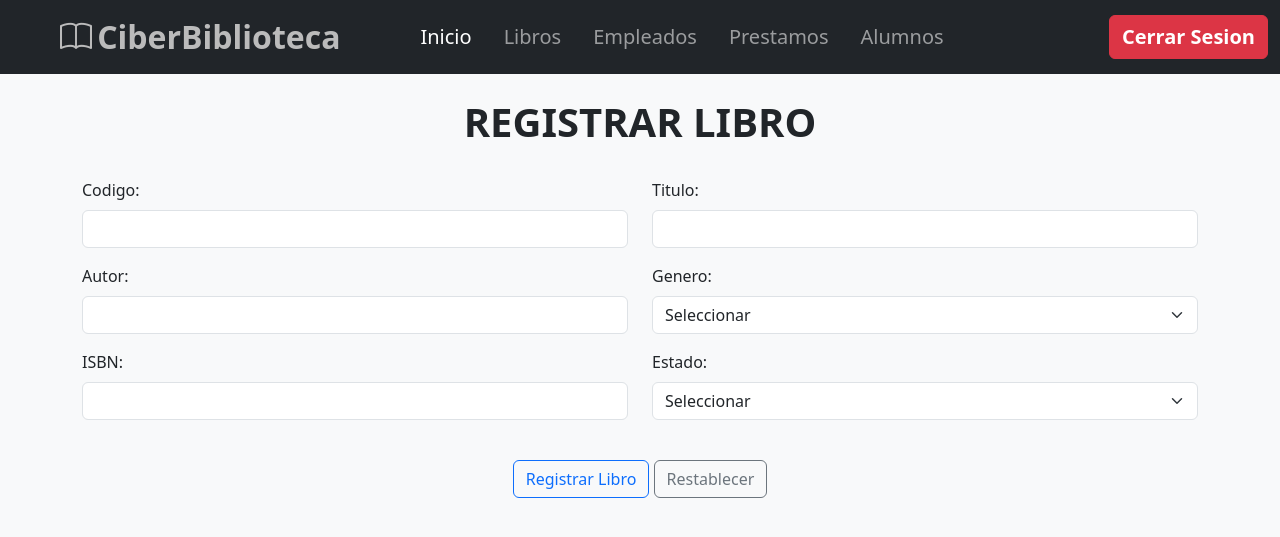
Repository: WilmerOcampo/LP1_Biblioteca
Page: http://localhost/Proyecto/registrarLibro.jsp
These files come from the project's save history. The page is drawn as it stood at one moment and after the next save; the edit follows.
The browser window is 1280 px wide. The pictures show the whole page.
The page is served by Tomcat 10. Other server files are loaded and not shown.

Above is the page before, as saved 2023-05-31 16:36:53.

### Proyecto/src/main/webapp/registrarLibro.jsp
<%@ page language="java" contentType="text/html; charset=ISO-8859-1"
    pageEncoding="ISO-8859-1"%>
<!DOCTYPE html>
<html>
<head>
<meta charset="ISO-8859-1">
<title>Registrar Libro</title>
<link href="https://cdn.jsdelivr.net/npm/bootstrap@5.3.0-alpha3/dist/css/bootstrap.min.css" rel="stylesheet">
<link rel="stylesheet" href="https://cdn.jsdelivr.net/npm/bootstrap-icons@1.8.1/font/bootstrap-icons.css">
</head>

<body class="bg-light">

    <!-- Inicio del menu -->
      <nav class="navbar navbar-expand-md navbar-dark bg-dark">
        <div class="container-fluid">

        <!-- icono o nombre -->
        <a class="navbar-brand" href="#" style="padding-left: 3rem; padding-right: 3rem;">
            <i class="bi bi-book" style="font-size: 2rem; color:#bbb"></i>
            <span style="font-size: 2rem; color:#bbb"><b>CiberBiblioteca</b></span>
          </a>

        <!-- boton del menu -->
        <button class="navbar-toggler" type="button" data-bs-toggle="collapse" data-bs-target="#menu" aria-controls="navbarSupportedContent" aria-expanded="false" aria-label="Toggle navigation">
            <span class="navbar-toggler-icon"></span>
        </button>

          <!-- elementos del menu colapsable -->
        <div class="collapse navbar-collapse" id="menu">
            <ul class="navbar-nav me-auto" style="font-size: 20px">
                  <li class="nav-item" style="margin:0 0.5rem">
                    <a class="nav-link active" aria-current="page" href="index.jsp">Inicio</a>
                  </li>
                  <li class="nav-item" style="margin:0 0.5rem">
                    <a class="nav-link" href="listaLibros.jsp">Libros</a>
                  </li>
                  <li class="nav-item" style="margin:0 0.5rem">
                    <a class="nav-link" href="listaEmpleados.jsp">Empleados</a>
                  </li>
                  <li class="nav-item" style="margin:0 0.5rem">
                    <a class="nav-link" href="listaPrestamos.jsp">Prestamos</a>
                  </li>
                  <li class="nav-item" style="margin:0 0.5rem">
                    <a class="nav-link" href="listaAlumnos.jsp">Alumnos</a>
                  </li>
                 </ul>

          <hr class="d-md-none text-white-50">

         <!--boton Informacion -->
          <form class="d-flex">
            <button class="btn btn-danger d-none d-md-inline-block " type="submit" style="font-size: 20px; font-weight:600"><a href="login.jsp" style="text-decoration: none; color: #fff">Cerrar Sesion</a></button>
          </form>
        </div>
        </div>
      </nav>

    <div class="container">
        <br>
        <h1 class="text-center" style="text-transform: uppercase;"><strong>Registrar Libro</strong></h1><br>
        <form>
            <div class="row mb-3">
                <div class="col-md-6">
                    <label for="dni" class="form-label">Codigo:</label>
                    <input type="text" class="form-control" id="dni" name="dni">
                </div>
                <div class="col-md-6">
                    <label for="nombre" class="form-label">Titulo:</label>
                    <input type="text" class="form-control" id="nombre" name="nombre">
                </div>
            </div>
            <div class="row mb-3">
                <div class="col-md-6">
                    <label for="apellido" class="form-label">Autor:</label>
                    <input type="text" class="form-control" id="apellido" name="apellido">
                </div>
                <div class="col-md-6">
                    <label for="genero" class="form-label">Genero:</label>
                    <select class="form-select" id="genero" name="genero">
                        <option selected>Seleccionar</option>
                        <option value="genero1">Genero 1</option>
                        <option value="genero2">Genero 2</option>
                        <option value="genero3">Genero 3</option>
                    </select>
                </div>
            </div>
            <div class="row mb-3">
                <div class="col-md-6">
                    <label for="celular" class="form-label">ISBN:</label>
                    <input type="text" class="form-control" id="celular" name="celular">
                </div>
                <div class="col-md-6">
                    <label for="estado" class="form-label">Estado:</label>
                    <select class="form-select" id="estado" name="estado">
                        <option selected>Seleccionar</option>
                        <option value="disponible">Disponible</option>
                        <option value="prestado">Prestado</option>
                    </select>
                </div>
            </div>
            <div class="row">
                <div class="col-md-12 text-center">
                    <br><input type="submit" name="Registrar" id="registrar" value="Registrar Libro"
                        class="btn btn-outline-primary">
                    <input type="reset" name="borrar" id="borrar" value="Restablecer"
                        class="btn btn-outline-secondary">
                </div>
            </div>
        </form>
    </div>

    <script src="https://cdn.jsdelivr.net/npm/bootstrap@5.3.0-alpha3/dist/js/bootstrap.bundle.min.js"
        integrity="sha384-ENjdO4Dr2bkBIFxQpeoTz1HIcje39Wm4jDKdf19U8gI4ddQ3GYNS7NTKfAdVQSZe"
        crossorigin="anonymous"></script>

</body>
</html>

After the next save:
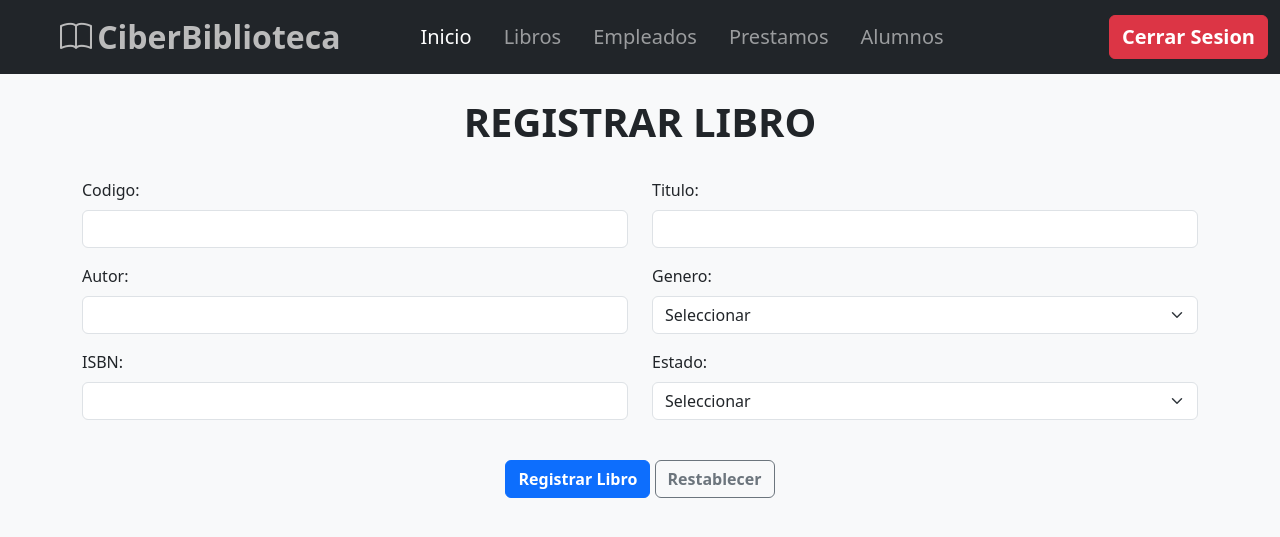
Saved 14 s later.
--- a/Proyecto/src/main/webapp/registrarLibro.jsp
+++ b/Proyecto/src/main/webapp/registrarLibro.jsp
@@ -102,9 +102,9 @@
             <div class="row">
                 <div class="col-md-12 text-center">
                     <br><input type="submit" name="Registrar" id="registrar" value="Registrar Libro"
-                        class="btn btn-outline-primary">
+                        class="btn btn-primary" style="font-weight: 600">
                     <input type="reset" name="borrar" id="borrar" value="Restablecer"
-                        class="btn btn-outline-secondary">
+                        class="btn btn-outline-secondary" style="font-weight: 600">
                 </div>
             </div>
         </form>
